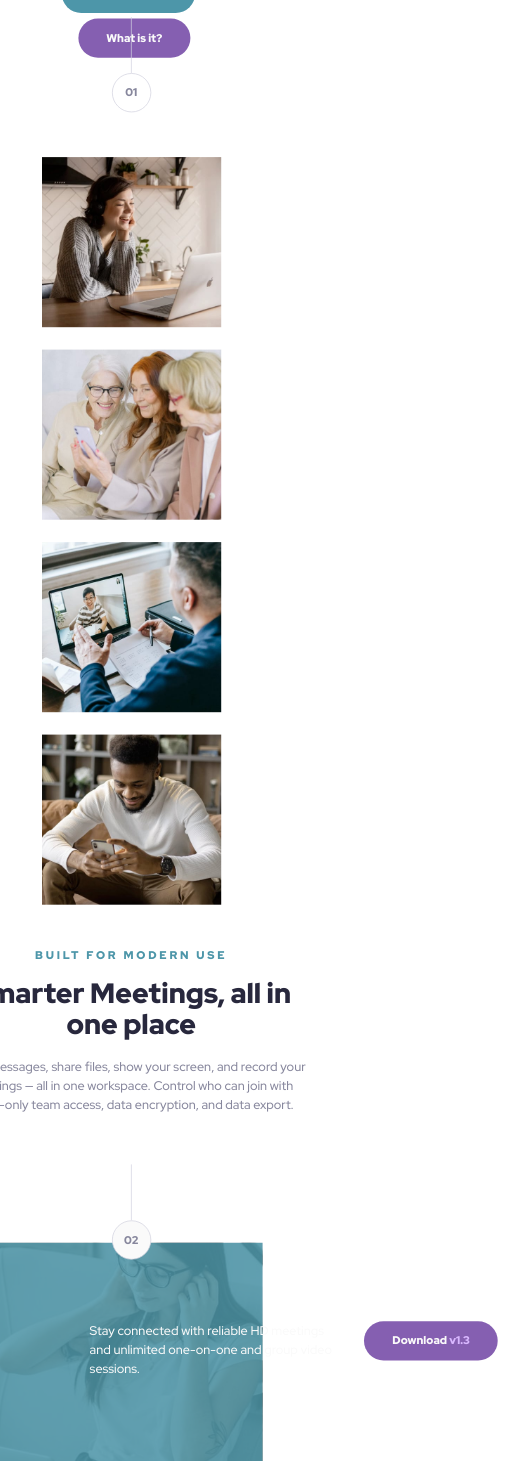
Repository: brandontaylor1/meet-landing-page
Page: index.html
An editor plug-in stored every save of this project. The page is shown before and after the next save, followed by the edit.
The browser window is 375 px wide. The page is 748 px wide, so the pictures cover 748 px, including what lies to the right of the window. The pictures show the part of the page from y = 709 to 2949 px (the page is 2796 px tall before and 2949 px after), at 70% of full size.

Above is the page before, as saved 2025-01-13 20:14:42.

After the next save:
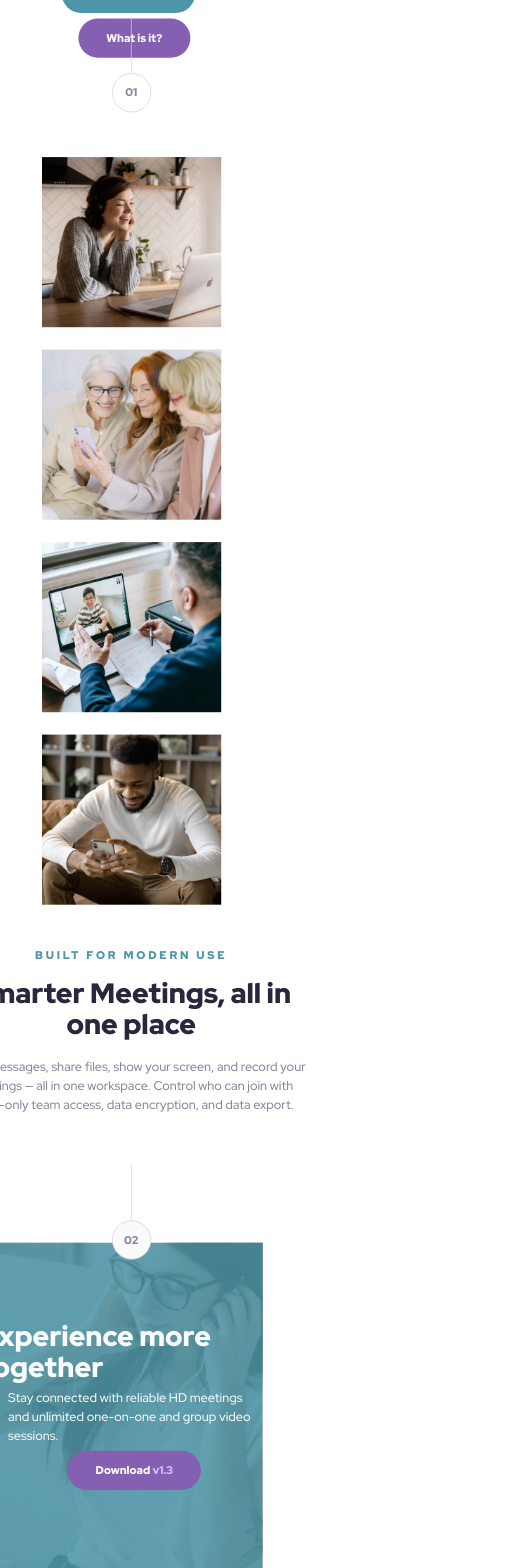
Saved 8 s later.
--- a/styles.css
+++ b/styles.css
@@ -466,4 +466,12 @@ body {
         align-items: center;
         justify-content: center;
     }
-}
+
+    .footer-grid {
+        display: flex;
+        flex-direction: column;
+        align-items: center;
+        justify-content: center;
+        gap: var(--spacing-100, 8px);
+    }
+}
